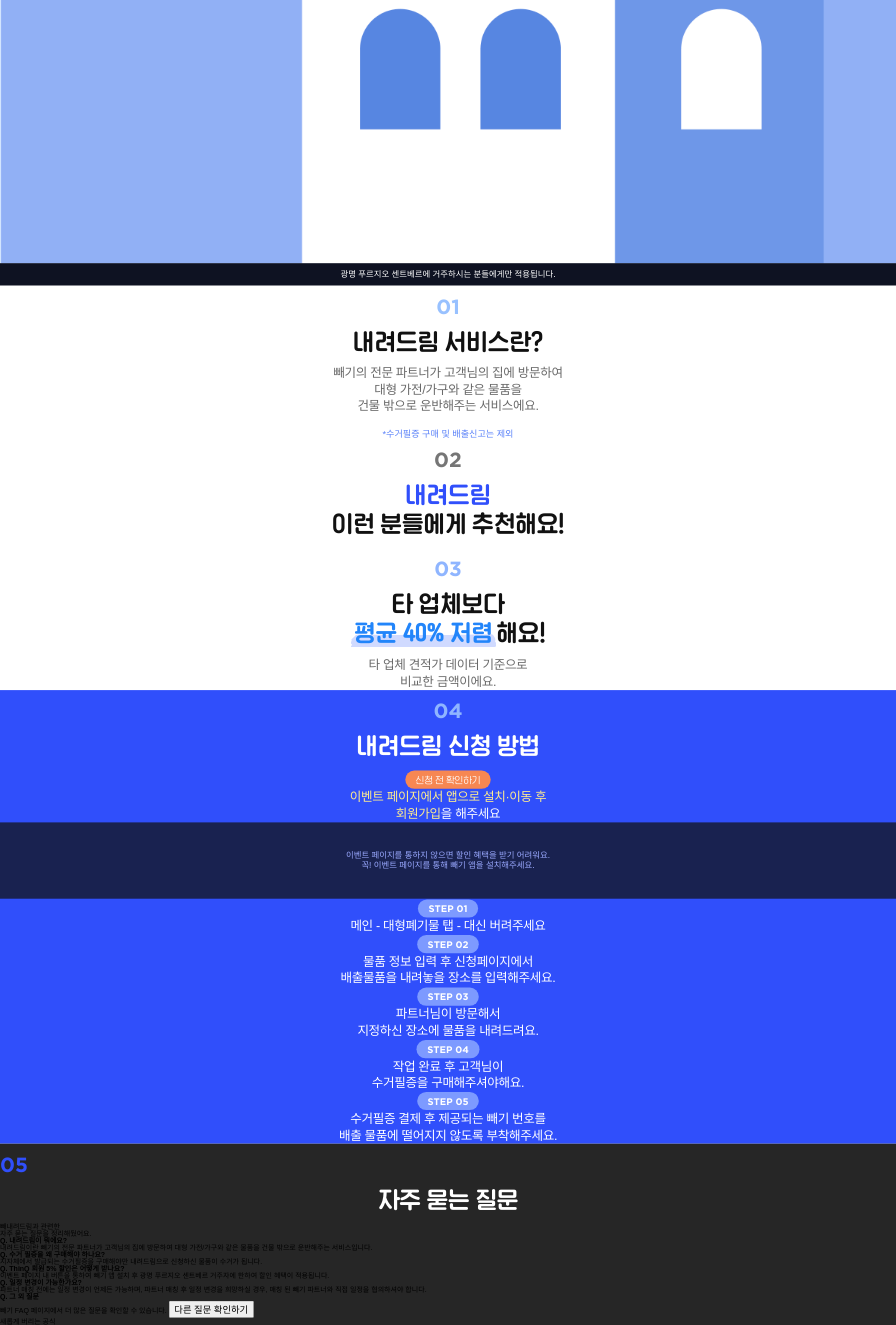
Repository: seraLeeDev/lgthinq-test
Page: index2.html
These files come from the project's save history. The page is drawn as it stood at one moment and after the next save; the edit follows.
The browser window is 1280 px wide. The pictures show the part of the page from y = 3067 to 4987 px (the page is 4960 px tall before and 4987 px after), at 70% of full size.
Some web fonts or font styles are not loaded; a fallback is used.

Above is the page before, as saved 2023-03-14 15:41:03.
Console error: ReferenceError: AOS is not defined

After the next save:
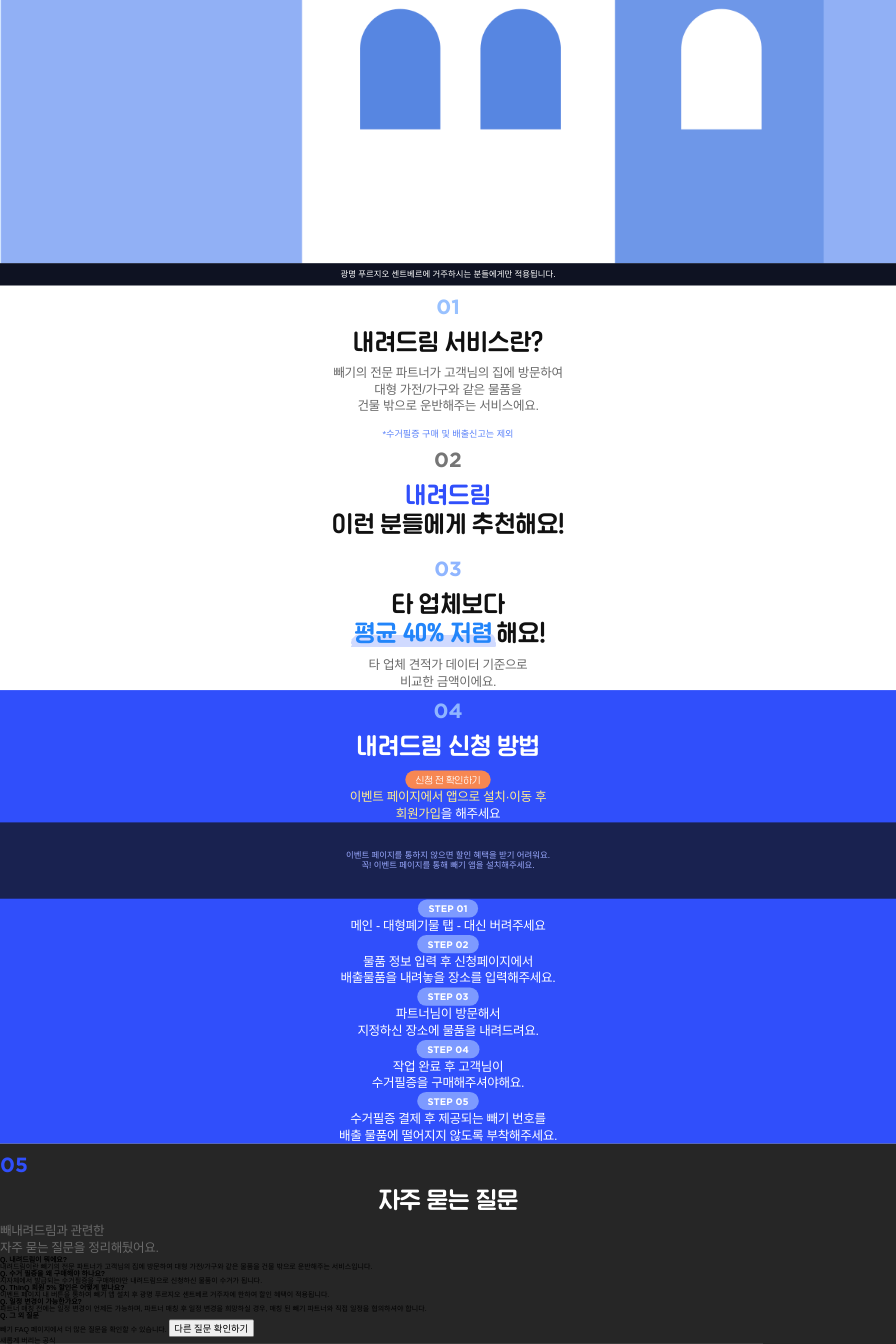
Saved 11 s later.
--- a/index2.html
+++ b/index2.html
@@ -222,7 +222,7 @@
         <section>
           <b class="index text-blue-02">05</b>
           <h2 class="GGothic h2 text-white">자주 묻는 질문</h2>
-          <p>
+          <p class="section-desc">
             빼내려드림과 관련한<br />
             자주 묻는 질문을 정리해뒀어요.
           </p>
